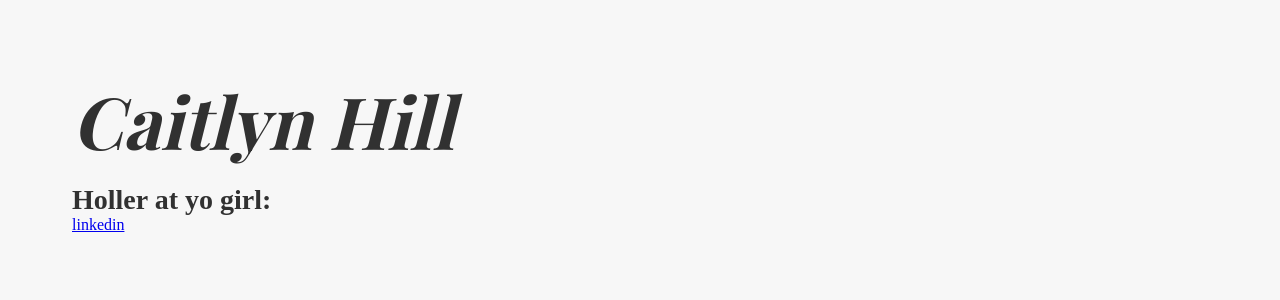
Repository: hillgang/hillgang.github.io
Page: index.html
An editor plug-in stored every save of this project. The page is shown before and after the next save, followed by the edit.
The browser window is 1280 px wide. The pictures show the whole page.
Some web fonts or font styles are not loaded; a fallback is used.

Above is the page before, as saved 2019-07-31 23:27:34.

### index.html
<!DOCTYPE html>
<html lang="en">
<head>
    <meta charset="UTF-8">
    <meta name="viewport" content="width=device-width, initial-scale=1.0">
    <meta http-equiv="X-UA-Compatible" content="ie=edge">
    <title>Caitlyn Hill Website</title>
    <link href="https://fonts.googleapis.com/css?family=Alice|Playfair+Display:400,400i,700,700i&display=swap" rel="stylesheet">
    <style>
        * {
            margin: 0;
            padding: 0;
        }
        article {
            padding: 72px;
            background: #f7f7f7;
            height: 100%;
        }
        h1 {
            font-family: 'Playfair Display', serif;
            font-weight: 700;
            opacity: .8;
            font-size: 72px;
            font-style: italic;
        }
        h2  {
            font-family: 'Alice', serif;
            font-size: 28px;
            margin: 16px 0 0 0;
            opacity: .8;
        }
        p, a, li {
            font-family: 'Alice', serif;
            list-style: none;
        }
    </style>
</head>
<body>
    <article>
    <h1>Caitlyn Hill</h1>
    <h2>Holler at yo girl:</h2>

    <ul>
        <li><a href="https://www.linkedin.com/in/caitlyn-hill-b12409190/">linkedin</a></li>
    </ul>
    </article>
</body>
</html>

After the next save:
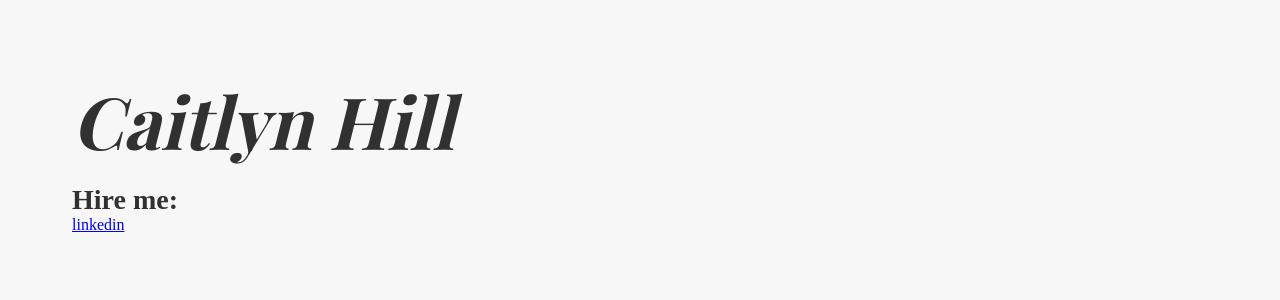
Saved 9 s later.
--- a/index.html
+++ b/index.html
@@ -38,7 +38,7 @@
 <body>
     <article>
     <h1>Caitlyn Hill</h1>
-    <h2>Holler at yo girl:</h2>
+    <h2>Hire me:</h2>
 
     <ul>
         <li><a href="https://www.linkedin.com/in/caitlyn-hill-b12409190/">linkedin</a></li>
